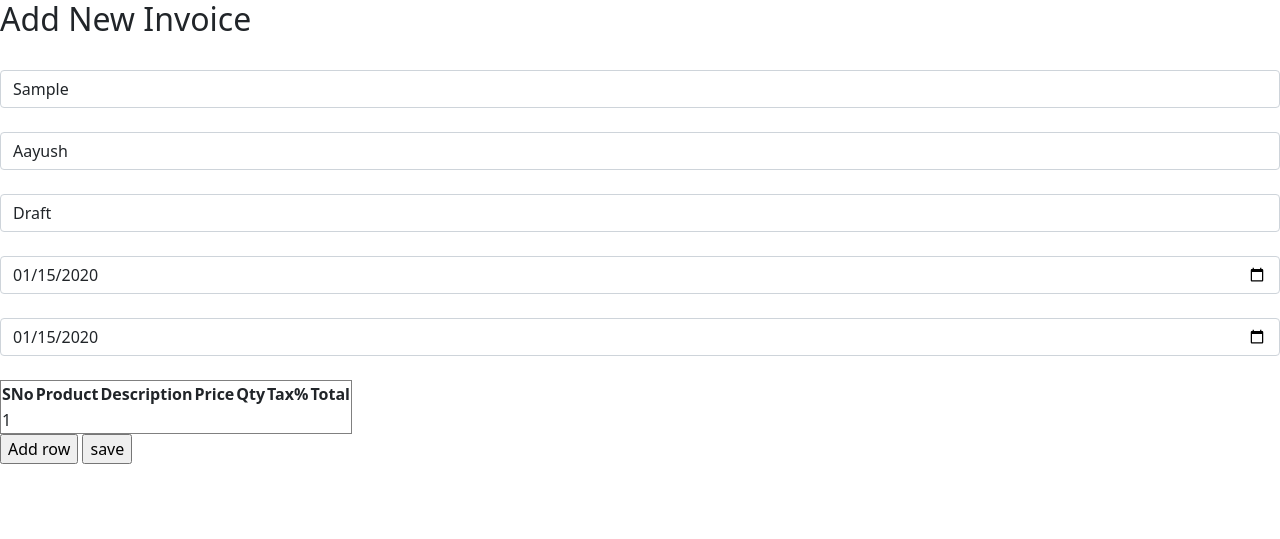
Repository: Aayush13013/Invoice_Management_app
Page: http://localhost/invoiceInfo/WEB-INF/jsp/new_invoiceInfo.jsp
The author's editor kept a copy of each file at every save. The page is drawn from the files as they stood at one save, then again after the next save.
The browser window is 1280 px wide. The pictures show the whole page.
Empty fields were first filled with sample values (such as "Sample", 5 or name@example.com).
After loading, the first visible `input[onclick="addRows('myTable')"]` was clicked once.
The page is served by Tomcat 9. Nobody is signed in. Other server files are loaded and not shown. The template is opened directly, without the code that normally fills it, so the values that code supplies are empty.

Above is the page before, as saved 2021-12-27 07:53:37.
Console error (its wording comes from the project's code and is left out).

### invoiceInfo/invoiceInfo/src/main/webapp/WEB-INF/jsp/new_invoiceInfo.jsp
<%@ page language="java" contentType="text/html; charset=ISO-8859-1"
    pageEncoding="ISO-8859-1"%>
    <%@ taglib prefix="form" uri="http://www.springframework.org/tags/form"%>
	<%@ taglib prefix="c" uri="http://java.sun.com/jsp/jstl/core"%>


	<!DOCTYPE html>
<html>

<head>
    <meta charset="ISO-8859-1">
    <title>Add New Invoice</title>
    <link href="https://cdn.jsdelivr.net/npm/bootstrap@5.0.2/dist/css/bootstrap.min.css" rel="stylesheet"
        integrity="sha384-EVSTQN3/azprG1Anm3QDgpJLIm9Nao0Yz1ztcQTwFspd3yD65VohhpuuCOmLASjC" crossorigin="anonymous">

</head>

<body>
    <script>
        function addRows(id) {
            var table = document.getElementById(id);
            var array=["Computer","Mobile","PenDrive","Mouse"];

            var rowCount = table.rows.length;
            var row = table.insertRow(rowCount);
            var counts = rowCount-1;


            var cell0 = row.insertCell(0);
            cell0.innerHTML = rowCount ;


            var cell1 = row.insertCell(1);
            var element1 = document.createElement("select");
            element1.name="listOfProducts["+counts+"].productName";
            for(var i=0; i<array.length;i++){
            	var option = document.createElement()
            }
            cell1.appendChild(element1);


            var cell2 = row.insertCell(2);
            var element2 = document.createElement("textarea");
            element2.type = "text";
            element2.name="listOfProducts["+counts+"].description";
            cell2.appendChild(element2);

            var cell3 = row.insertCell(3);
            var element3 = document.createElement("input");
            element3.type = "number";
            element3.name="listOfProducts["+counts+"].price";
            cell3.appendChild(element3);

            var cell4 = row.insertCell(4);
            var element4 = document.createElement("input");
            element4.type = "number";
            element4.name="listOfProducts["+counts+"].qty";
            cell4.appendChild(element4);

            var cell5 = row.insertCell(5);
            var element5 = document.createElement("input");
            element5.type = "number";
            element5.name="listOfProducts["+counts+"].taxPercent";
            cell5.appendChild(element5);

            var cell6 = row.insertCell(6);
            var element6 = document.createElement("input");
            element6.type = "number";
            element6.name="listOfProducts["+counts+"].total";
            cell6.appendChild(element6);
        }
    </script>


    <h2>Add New Invoice</h2><br>



    <form:form action="/saveInvoice" modelAttribute="invoiceInfo" method="POST">
        <form:hidden path="id" placeholder="id" class="form-control mb-4 col-4" />

        <form:input type="text" path="invoiceNo" placeholder="invoiceNo" class="form-control mb-4 col-4" />

        <form:select path="billTo"  class="form-control mb-4 col-4" required="required">
        	<optgroup label="Select_Customer">
	        	<form:option value="Aayush"></form:option>
	        	<form:option value="Shridhar"></form:option>
	        	<form:option value="Suneel"></form:option>
	        	<form:option value="Lekhana"></form:option>
        	</optgroup>
        </form:select>

        <form:select  path="status" class="form-control mb-4 col-4" >
	        <optgroup label="Select_Status">
	        	<form:option value="Draft"></form:option>
	        	<form:option value="Sent"></form:option>
	        	<form:option value="Paid"></form:option>
        	</optgroup>
        </form:select>

        <form:input type="date" path="invoiceDate" placeholder="invoiceDate" class="form-control mb-4 col-4" />

        <form:input type="date" path="dueDate" placeholder="dueDate" class="form-control mb-4 col-4" />

        <table id="myTable"  border="1">
            <thead>
                <tr>
                    <th>SNo</th>
                    <th>Product</th>
                    <th>Description</th>
                    <th>Price</th>
                    <th>Qty</th>
                    <th>Tax%</th>
                    <th>Total</th>
                </tr>

            </thead>

        </table>
        <input type="button" value="Add row" onclick="addRows('myTable')" />
        <input type="submit" value="save" />
    </form:form>
</body>

</html>

After the next save:
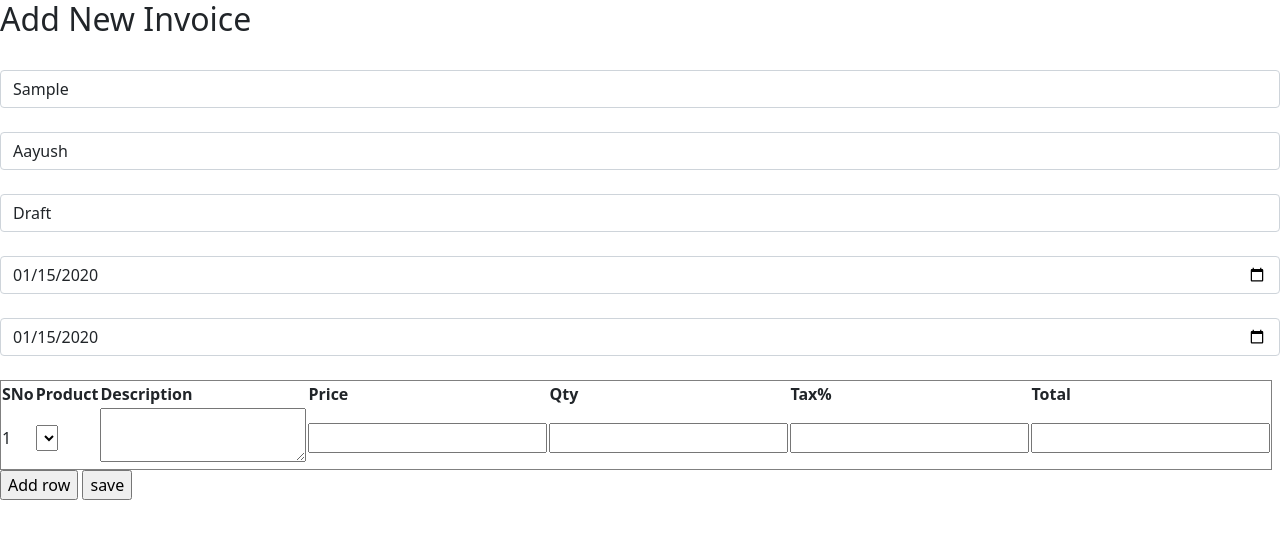
The error is gone.
Saved 8 s later.
--- a/invoiceInfo/invoiceInfo/src/main/webapp/WEB-INF/jsp/new_invoiceInfo.jsp
+++ b/invoiceInfo/invoiceInfo/src/main/webapp/WEB-INF/jsp/new_invoiceInfo.jsp
@@ -34,7 +34,7 @@
             var element1 = document.createElement("select");
             element1.name="listOfProducts["+counts+"].productName";
             for(var i=0; i<array.length;i++){
-            	var option = document.createElement()
+            	var option = document.createElement("option");
             }
             cell1.appendChild(element1);
 
